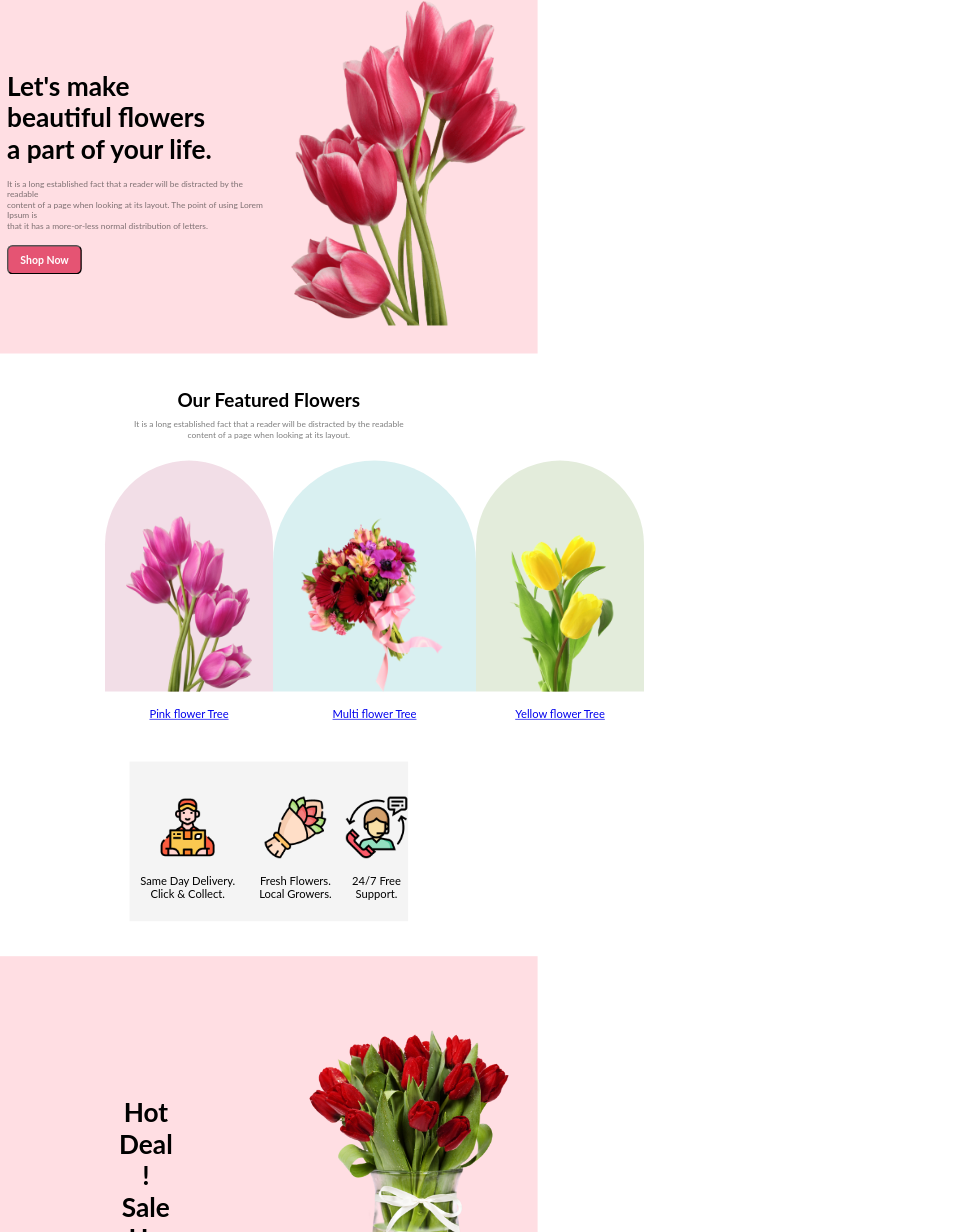
Repository: sadiaafsana138/Flower-Shop_Responsive
Page: index.html
An editor plug-in stored every save of this project. The page is shown before and after the next save, followed by the edit.
The browser window is 768 px wide. The page is 1400 px wide, so the pictures cover 1400 px, including what lies to the right of the window. The pictures show the part of the page from y = 0 to 1760 px (the page is 3534 px tall), at 70% of full size.

Above is the page before, as saved 2023-09-07 05:21:09.

### index.html
<!DOCTYPE html>
<html lang="en">

<head>
    <meta charset="UTF-8">
    <meta name="viewport" content="width=device-width, initial-scale=1.0">
    <title>Flower Shop</title>
    <link rel="stylesheet" href="Flower.css">
</head>
<body>
    <header>
        <section class="Section1">
            <div>
                <div id="HeaderText1">
                    <h1>
                        Let's make<br>beautiful flowers<br>a part of your life.
                    </h1>
                </div>
                <div id="HeaderText2">
                    <p>
                        It is a long established fact that a reader will be distracted by the readable<br>content of a
                        page when looking at its layout. The point of using Lorem Ipsum is<br>that it has a more-or-less
                        normal distribution of letters.
                    </p>
                </div>
                <button class="Main_button">
                    Shop Now
                </button>
            </div>
            <div class="flowerBanner">
                <img src="Images/1.png" alt="Cover image" height="500px" width="400px">
            </div>
        </section>
    </header>
    <main>
        <section class="Section2">
            <div>
                <div id="Section_2_header1">
                    <h1>
                        Our Featured Flowers
                    </h1>
                </div>
                <div>
                    <p id="Section_2_header2">
                        It is a long established fact that a reader will be distracted by the readable<br>content of a
                        page when looking at its layout.
                    </p>
                </div>
            </div>
            <div class="Section_2_pictures">
                <div id="sec2_pic1">
                    <img src="Images/2.png" alt="" height="250px" width="180px">
                    <br>
                    <br>
                    <a href="https://flowersourcebd.com/" target="_blank">
                        Pink flower Tree
                    </a>
                </div>
                <div id="sec2_pic2">
                    <img src="Images/3.png" alt="" height="250px" width="230px">
                    <br>
                    <br>
                    <a href="https://flowersourcebd.com/" target="_blank">
                        Multi flower Tree
                    </a>
                </div>
                <div id="sec2_pic3">
                    <img src="Images/4.png" alt="" height="250px" width="180px">
                    <br>
                    <br>
                    <a href="https://flowersourcebd.com/" target="_blank">
                        Yellow flower Tree
                    </a>
                </div>
            </div>
        </section>
        <section class="Section3">
            <div class="Sec3_pic">
                <div>
                    <img src="Images/5.png" alt="">
                    <br>
                    <br>
                    <p>Same Day Delivery. Click & Collect.</p>
                </div>
                <div>
                    <img src="Images/6.png" alt="">
                    <br>
                    <br>
                    <p>Fresh Flowers. Local Growers.</p>
                </div>
                <div>
                    <img src="Images/7.png" alt="">
                    <br>
                    <br>
                    <p>24/7 Free Support.</p>
                </div>
            </div>
        </section>
        <section class="Section4">
            <div>
                <div id="Sec4_text1">
                    <h1>
                        Hot Deal ! Sale Up To 25% <span id="off_color">Off</span>
                    </h1>
                </div>
                <br>
                <div id="Sec4_text2">
                    <p>
                        It is a long established fact that a reader will be distracted by the readable<br>content of a page when looking at its layout.
                    </p>
                </div>
                <br>
                <button class="Main_button">
                    Sign Up
                </button>
            </div>
            <div id="sec4_vas">
                <img src="Images/8.png" alt="" height="380px" width="300px">
            </div>
        </section>
        <section class="Section5">
            <div>
                <div id="Section_2_header1">
                    <h1>
                        Instagram
                    </h1>
                </div>
                <div>
                    <p id="Section_2_header2">
                        It is a long established fact that a reader will be distracted by the readable<br>content of a
                        page when looking at its layout.
                    </p>
                </div>
            </div>
            <div class="Section_2_pictures">
                <div>
                    <img src="Images/9.png" alt="" height="250px" width="200px">
                </div>
                <div>
                    <img src="Images/10.png" alt="" height="250px" width="200px">
                </div>
                <div>
                    <img src="Images/11.png" alt="" height="250px" width="200px">
                </div>
                <div>
                    <img src="Images/12.png" alt="" height="250px" width="200px">
                </div>
            </div>
        </section>
        <section class="Section6">
            <div>
                <img src="Images/14.png" alt="" height="320px" width="700px">
                <br>
                <button class="ways">
                    See more
                </button>
            </div>
            <div>
                <img src="Images/15.png" alt="" height="320px" width="700px">
                <br>
                <input type="text" placeholder="Write your meessage here" size="50">
                <button class="message">
                    Submit
                </button>
            </div>
        </section>
        <section class="Section7">
            <div class="Sec7">
                <div id="Section_2_header1">
                    <h1>
                        Get The Latest Deals
                    </h1>
                </div>
                <div>
                    <p id="Section_2_header2">
                        $30 coupon for first shopping
                    </p>
                </div>
                <div>
                    <input type="email" placeholder="Input your Email Id here" size="50">
                <button class="message">
                    Subscribe
                </button>
                </div>
            </div>
        </section>
    </main>
    <footer>
        <section class="Section8">
            <div>
                <div id="Sec4_text1">
                    <h1>
                        <span id="off_color">Flower</span><span class="white_color">Shop</span>
                    </h1>
                </div>
                <br>
                <div id="Sec4_text2">
                    <p class="white_color">
                        It is a long established fact that a reader will be distracted by the readable<br>content of a page when looking at its layout.
                    </p>
                    <br>
                    <p id="assh">
                        @2020-2023, FlowerShop.com. All rights reserved
                    </p>
                </div>
            </div>
        </section>
    </footer>
</body>
</html>

### Flower.css
*{
    margin:0px;
    font-family: Lato;
    font-style: normal;
}
/*Section 1*/
.Section1{
    background-color: rgb(255, 222, 227);
    height:500px;
    width: 100%;
    display: flex;
    justify-content: space-around;
}
#HeaderText1{
    padding: 100px 70px 5px 100px;
    font-size:  25px;
    font-weight: 800;

}
#HeaderText2{
    padding: 10px 0px 5px 100px;
    font-size:  12px;
    font-weight: 400;
    color:rgba(39, 39, 39, 0.60);
}
.Main_button{
    border-radius: 8px;
    background: #E55473;
    color: #FFF;
    font-size: 15px;
    font-weight: 700;
    padding: 10px 17px;
    margin: 10px 0px 0px 100px;
}
/*Section 2*/
#Section_2_header1{
    padding: 50px 0px 10px 0px;
    font-size:  18px;
    font-weight: 800;
    text-align: center;
}
#Section_2_header2{
    font-size:  12px;
    font-weight: 400;
    color:rgba(39, 39, 39, 0.60);
    text-align: center;
}
.Section_2_pictures{
    margin: 30px 150px 0px;
    justify-content: space-around;
    display: flex;
}
#sec2_pic1{
    border-radius: 300px 300px 0px 0px;
    background: rgba(167, 33, 98, 0.15);
    height:250px ;
    width: 230px;
    padding: 80px 30px 0px 30px;
    text-align: center;
}
#sec2_pic2{
    border-radius: 300px 300px 0px 0px;
    background:rgba(5, 151, 160, 0.15);
    height: 250px;
    width: 230px;
    padding: 80px 30px 0px 30px;
    text-align: center;
}
#sec2_pic3{
    border-radius: 300px 300px 0px 0px;
    background: rgba(71, 125, 17, 0.15);
    height: 250px;
    width: 230px;
    padding: 80px 30px 0px 30px;
    text-align: center;

}
/*Section 3*/
.Sec3_pic{
    background: rgba(39, 39, 39, 0.05);
    margin: 100px 185px 0px;
    padding: 50px 0px 30px;
    justify-content: space-around;
    display: flex;
    text-align: center;
}
/* Section 4 */
.Section4{
    margin-top: 50px;
    background-color: rgb(255, 222, 227);
    height:500px;
    width: 100%;
    display: flex;
    justify-content: space-around;
    text-align: center;
}
#Sec4_text1{
    padding: 200px 70px 5px 170px;
    font-size:25px;
    font-weight: 800;
}
#Sec4_text2{
    padding: 10px 0px 0px 100px;
    font-size:  15px;
    font-weight: 400;
    color:rgba(39, 39, 39, 0.60);
}
#off_color{
    color: #E55473;
}
#sec4_vas{
    padding: 100px 120px ;
}
/*section 6 */
.Section6{
    margin-top: 50px;
    background-color: rgb(255, 222, 227);
    height:400px;
    width: 100%;
    display: flex;
    justify-content: space-around;
}
.message{
    border-radius: 8px;
    background: #E55473;
    color: #FFF;
    font-size: 15px;
    font-weight: 700;
    padding: 10px 25px;
    margin: 10px 0px 0px 10px;
}
.ways{
    border-radius: 8px;
    background: #E55473;
    color: #FFF;
    font-size: 15px;
    font-weight: 700;
    padding: 10px 30px;
    margin: 10px 250px ;
}
/*section 7*/
.Section7{
    background-image: url(Images/13.png);
    margin: 100px 185px 0px;
}
.Sec7{
    padding: 50px 0px 30px;
    text-align: center;
}
/*Section 8*/
.Section8{
    margin-top: 50px;
    background-color: rgb(0, 0, 0);
    height:400px;
    width: 100%;
    text-align: center;

}
.white_color{
    color: #FFF;
}
#assh{
    color: rgba(169, 169, 169, 0.589);
}




/*Responsive*/
/*Tab*/
@media screen and (min-width:768px) and (max-width:992px) {
    .Section1{
    height:505px;
    justify-content: space-evenly;
    }
    #HeaderText1{
        padding: 100px 10px 10px 10px;
    }
    #HeaderText2{
        padding: 10px;
    }
    .Main_button{
        margin: 10px 0px 0px 10px;
    }
    .flowerBanner img{
        max-width:100% ;
        height: auto;
    }
}







/*Mobile*/
@media screen and (max-width:768px) {
    .Section1{
        height:505px;
        justify-content: space-evenly;
        }
        #HeaderText1{
            padding: 100px 10px 10px 10px;
            font-size:  1s5px;
        }
        #HeaderText2{
            padding: 10px;
        }
        .Main_button{
            margin: 10px 0px 0px 10px;
        }
        .flowerBanner img{
            max-width:100% ;
            height: auto;
        }
}

After the next save:
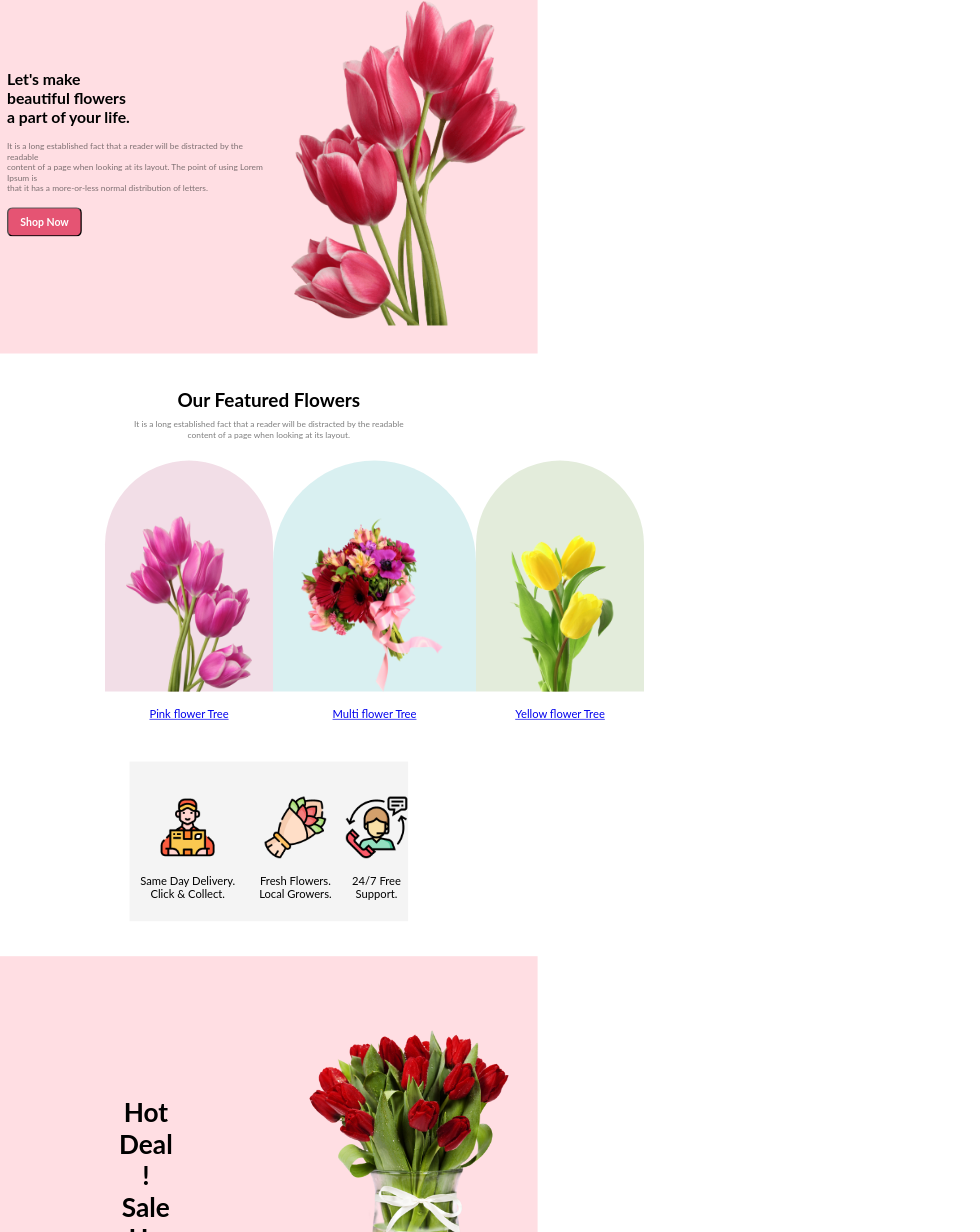
Saved 18 s later.
--- a/Flower.css
+++ b/Flower.css
@@ -202,7 +202,7 @@
         }
         #HeaderText1{
             padding: 100px 10px 10px 10px;
-            font-size:  1s5px;
+            font-size:  15px;
         }
         #HeaderText2{
             padding: 10px;
